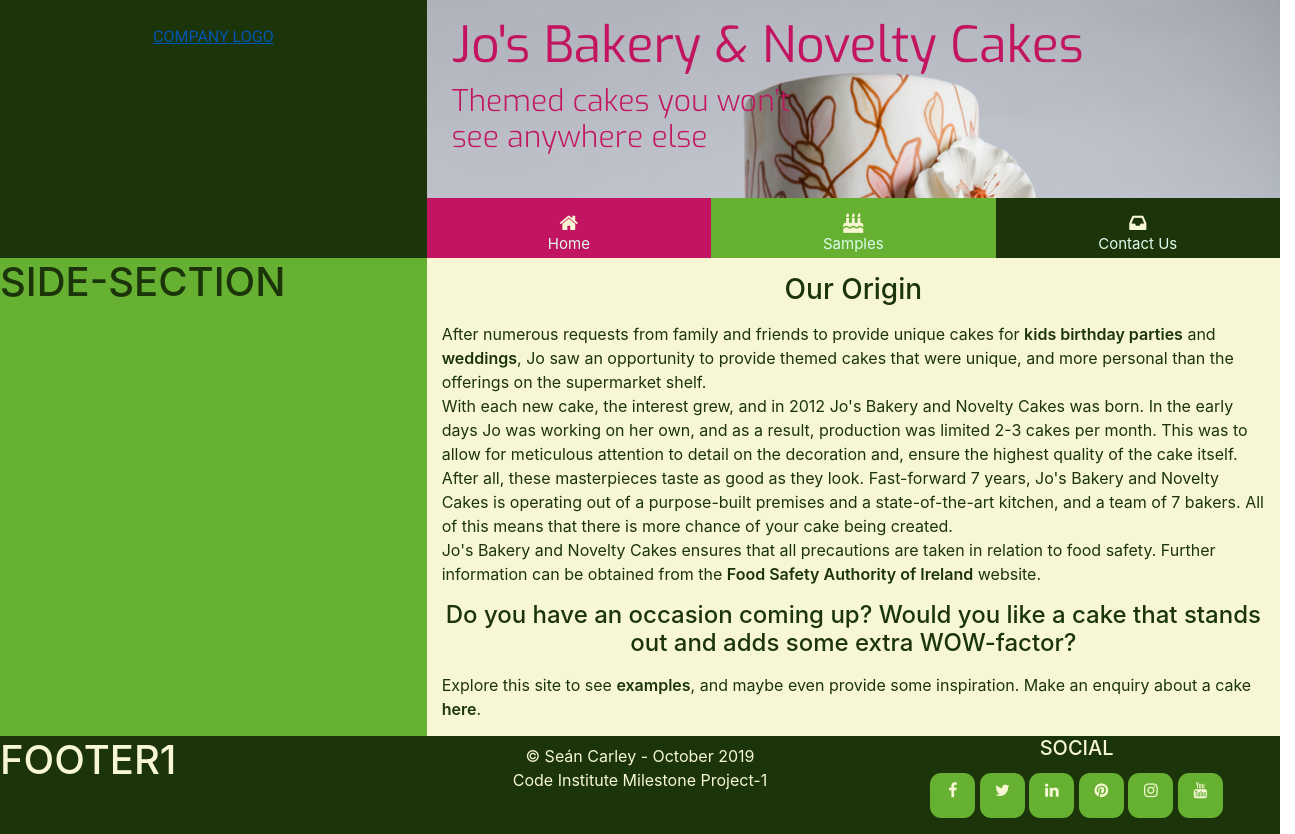
Repository: seanjcarley/Milestone1
Page: index.html
The author's editor kept a record of every edit. The page is drawn from the files as they stood at one moment, then again after the next edit.
The browser window is 1280 px wide. The page is 1295 px wide, so the pictures cover 1295 px, including what lies to the right of the window. The pictures show the whole page.

Above is the page before.

### index.html
<!DOCTYPE html>
<html lang="en">

<head>
    <meta charset="UTF-8">
    <meta name="viewport" content="width=device-width, initial-scale=1.0">
    <meta http-equiv="X-UA-Compatible" content="ie=edge">
    <link rel="stylesheet" href="https://stackpath.bootstrapcdn.com/bootstrap/4.3.1/css/bootstrap.min.css" type="text/css" />
    <link rel="stylesheet" href="https://stackpath.bootstrapcdn.com/font-awesome/4.7.0/css/font-awesome.min.css" type="text/css">
    <link rel="stylesheet" href="https://cdnjs.cloudflare.com/ajax/libs/hover.css/2.3.1/css/hover-min.css" type="text/css">
    <link rel="stylesheet" href="css/style.css">
    <title>Jo's Bakery and Novelty Cakes</title>
</head>

<body>
    <header>
        <div class="row no-gutters">
            <a href="#" class="col-md-4 logo">COMPANY LOGO</a>
            <div class="col-md-8 cake-image">
                <div class="row no-gutters">
                    <div class="col page-header">
                        <h1 class="name caps">Jo's Bakery & Novelty Cakes</h1>
                        <h2 class="tag-line caps">Themed cakes you won’t<br/>see anywhere else</h2>
                    </div>
                </div>
                <div class="row no-gutters">
                    <div class="col">
                        <ul id="nav" class="list-inline menucontainer">
                            <li class="col col-sm-4 menu-item-color-home list-inline-item menuitem">
                                <a href="index.html"><i class="fa fa-home" aria-hidden="true"></i><span>Home</span></a>
                            </li>
                            <li class="col col-sm-4 menu-item-color-samples list-inline-item menuitem">
                                <a href="#"><i class="fa fa-birthday-cake" aria-hidden="true"></i><span>Samples</span></a>
                            </li>
                            <li class="col col-sm-4 menu-item-color-contact list-inline-item menuitem">
                                <a href="#"><i class="fa fa-inbox" aria-hidden="true"></i><span>Contact Us</span></a>
                            </li>
                        </ul>
                    </div>
                </div>
            </div>
        </div>
    </header>
    <section class="section-color">
        <div class="row no-gutters">
            <div class="col-md-4 side-section desktop">
                <h1>SIDE-SECTION</h1>
            </div>
            <div class="col-md-8 main-section">
                <!--<h1>MAIN-SECTION</h1>-->
                <h3 class="origin">Our Origin</h3>
                <p class="section-txt">
                    After numerous requests from family and friends to provide unique cakes for <a href="#"><span class="bold">kids birthday parties</span></a> and <a href="#"><span class="bold">weddings</span></a>, Jo saw an opportunity to provide themed cakes that were unique, and more personal than
                    the offerings on the supermarket shelf.
                    <br/>
                    With each new cake, the interest grew, and in 2012 Jo's Bakery and Novelty Cakes was born. In the early days Jo was working on her own, and as a result, production was limited 2-3 cakes per month.
                    This was to allow for meticulous attention to detail on the decoration and, ensure the highest quality of the cake itself. After all, these masterpieces taste as good as they look. Fast-forward 7 years, Jo's Bakery and Novelty Cakes is
                    operating out of a purpose-built premises and a state-of-the-art kitchen, and a team of 7 bakers. All of this means that there is more chance of your cake being created.
                    <br/>
                    Jo's Bakery and Novelty Cakes ensures that all precautions are taken in relation to food safety. Further information can be obtained from the <a href="https://www.fsai.ie/" target="_blank"><span class="bold">Food Safety Authority of Ireland</span></a> website.
                </p>
                <h4 class="question">Do you have an occasion coming up? Would you like a cake that stands out and adds some extra WOW-factor?</h4>
                <p class="section-txt">
                    Explore this site to see <a href="#"><span class="bold">examples</span></a>, and maybe even provide some inspiration. Make an enquiry about a cake <a href="#"><span class="bold">here</span></a>.
                </p>
            </div>
            <!--<div class="col-md-3 side-section desktop">
                <h1>SIDE-SECTION</h1>
            </div>-->
        </div>
    </section>
    <footer class="footer-color">
        <div class="row">
            <div class="col-md-4">
                <h1>FOOTER1</h1>
            </div>
            <div class="col-md-4 copyrite">
                <!--<h1>FOOTER2</h1>-->
                &copy; Seán Carley - October 2019
                <br/>
                Code Institute Milestone Project-1
            </div>
            <div class="col-md-4 social">
                <!--<h1>FOOTER3</h1>-->
                <h5 class="uppercase">Social</h5>
                <ul class="list-inline social-icons">
                    <li class="list-inline-item">
                        <a target="_blank" href="#">
                            <i class="fa fa-facebook" aria-hidden="true"></i>
                            <span class="sr-only">Facebook</span> <!-- This will be read by a screen reader. It does not show on the page -->
                        </a>
                    </li>
                    <li class="list-inline-item">
                        <a target="_blank" href="#">
                            <i class="fa fa-twitter" aria-hidden="true"></i>
                            <span class="sr-only">Twitter</span>
                        </a>
                    </li>
                    <li class="list-inline-item">
                        <a target="_blank" href="#">
                            <i class="fa fa-linkedin" aria-hidden="true"></i>
                            <span class="sr-only">LinkedIn</span>
                        </a>
                    </li>
                    <li class="list-inline-item">
                        <a target="_blank" href="#">
                            <i class="fa fa-pinterest" aria-hidden="true"></i>
                            <span class="sr-only">Pinterest</span>
                        </a>
                    </li>
                    <li class="list-inline-item">
                        <a target="_blank" href="#">
                            <i class="fa fa-instagram" aria-hidden="true"></i>
                            <span class="sr-only">Instagram</span>
                        </a>
                    </li>
                    <li class="list-inline-item">
                        <a target="_blank" href="#">
                            <i class="fa fa-youtube" aria-hidden="true"></i>
                            <span class="sr-only">YouTube</span>
                        </a>
                    </li>
                </ul>
            </div>
            </div>
        </div>
    </footer>
</body>

</html>

### css/style.css
@import url('https://fonts.googleapis.com/css?family=Roboto:100,200,300,400,500,600,700|Exo:100,200,300,400,500,600,700');

/*----------------------------------------------------------------------------*/
/* Colours */
/*----------------------------------------------------------------------------*/

.menu-item-color-home {
    background-color: #C21460;
    color: #F7F7D4;
}

.menu-item-color-samples {
    background-color: #66B032;
    color: #F7F7D4;
}

.menu-item-color-contact {
    background-color: #1B3409;
    color: #F7F7D4;
}

.section-color {
    background-color: #F7F7D4;
    color: #1B3409;
}

.side-section {
    background-color: #66B032;
}

.footer-color {
    background-color: #1B3409;
    color: #F7F7D4;
}

/*----------------------------------------------------------------------------*/
/* Body */
/*----------------------------------------------------------------------------*/

body {
    margin: 0;
    min-height: 100%;
}

/*----------------------------------------------------------------------------*/
/* Header */
/*----------------------------------------------------------------------------*/

header {
    margin: 20;
    background-color: #fefe33;
}

.cake-image {
    background: url("../images/980x1123Slider_0004_Slider_2_Left.jpg");
    background-size: cover;
}

.page-header {
    margin-top: 15px;
    margin-bottom: 35px;
}

.name {
    font-family: "Exo", sans-serif;
    font-weight: 400;
    font-size: 50px;
    margin-left: 25px;
    color: #C21460;
}

.tag-line {
    font-family: "Exo", sans-serif;
    font-weight: 300;
    font-size: 30px;
    margin-left: 25px;
    color: #C21460;
    /*color: #66B032;*/
}

.logo {
    background: url("#");
    background-position: center;
    background-repeat: no-repeat;
    background-size: cover;
    background-color: #1B3409;
    font-family: "Roboto", sans-serif;
    text-align: center;
    padding-top: 25px;
    min-height: 240px;
}

.list-inline-item:not(:last-child) {
    margin-right: 0;
}

.menucontainer {
    font-size: 0;
}

#nav li {
    font-size: 14px;
    padding: 0;
}

#nav {
    margin: 0;
}

.menuitem {
    height: 60px;
    text-align: center;
    padding: 0;
}

.menuitem a {
    width: 100%;
    text-decoration: none;
    color: #defdef;
    height: 100%;
}

.menuitem a i {
    padding-top: 15px;
    display: block;
    color: #F7F7D4;;
    font-size: 20px;
}

.menuitem span {
    display: block;
    font-size: 15px;
}


/*----------------------------------------------------------------------------*/
/* Section */
/*----------------------------------------------------------------------------*/

section {
    margin: 0;
}

.main-section {
    padding-left: 15px;
}

.origin {
    text-align: center;
    padding-top: 15px;
}

.section-txt {
    margin: 15px;
}
.section-txt a {
    text-decoration: none;
    color: #1B3409;

}

.section-txt a:hover {
    color: #C21460;
}

.question {
    text-align: center;
}

/*----------------------------------------------------------------------------*/
/* Footer */
/*----------------------------------------------------------------------------*/

footer {
    margin: 0;
}

.copyrite {
    text-align: center;
    margin-top: 7.5px;
    margin-bottom: 7.5px;

}

.social {
    text-align: center;
}

.social-icons li a i {
    width: 45px;
    height: 45px;
    margin-top: 5px;
    border-radius: 25%;
    transition: all 0.35s ease-in-out;
    background-color: #66B032;
    color: #F7F7D4;
    text-align: center;
    line-height: 35px;
    -moz-transition: all 0.35s ease-in-out;
    -webkit-transition: all 0.35s ease-in-out;
    -o-transition: all 0.35s ease-in-out;
}

.social-icons li a i:hover {
    background-color: #C21460;
    color: #66B032;
}

.bold {
    font-weight: 600;
}

.uppercase {
    text-transform: uppercase;
}

/*----------------------------------------------------------------------------*/
/* Media Queries */
/*----------------------------------------------------------------------------*/

@media (max-width:767px) {
    .logo {
        display: none;
    }

    .page-header {
    margin-top: 15px;
    margin-bottom: 10px;
    color: #F7F7D4;
    }

    .desktop {
        display: none;
    }
}

After the next edit:
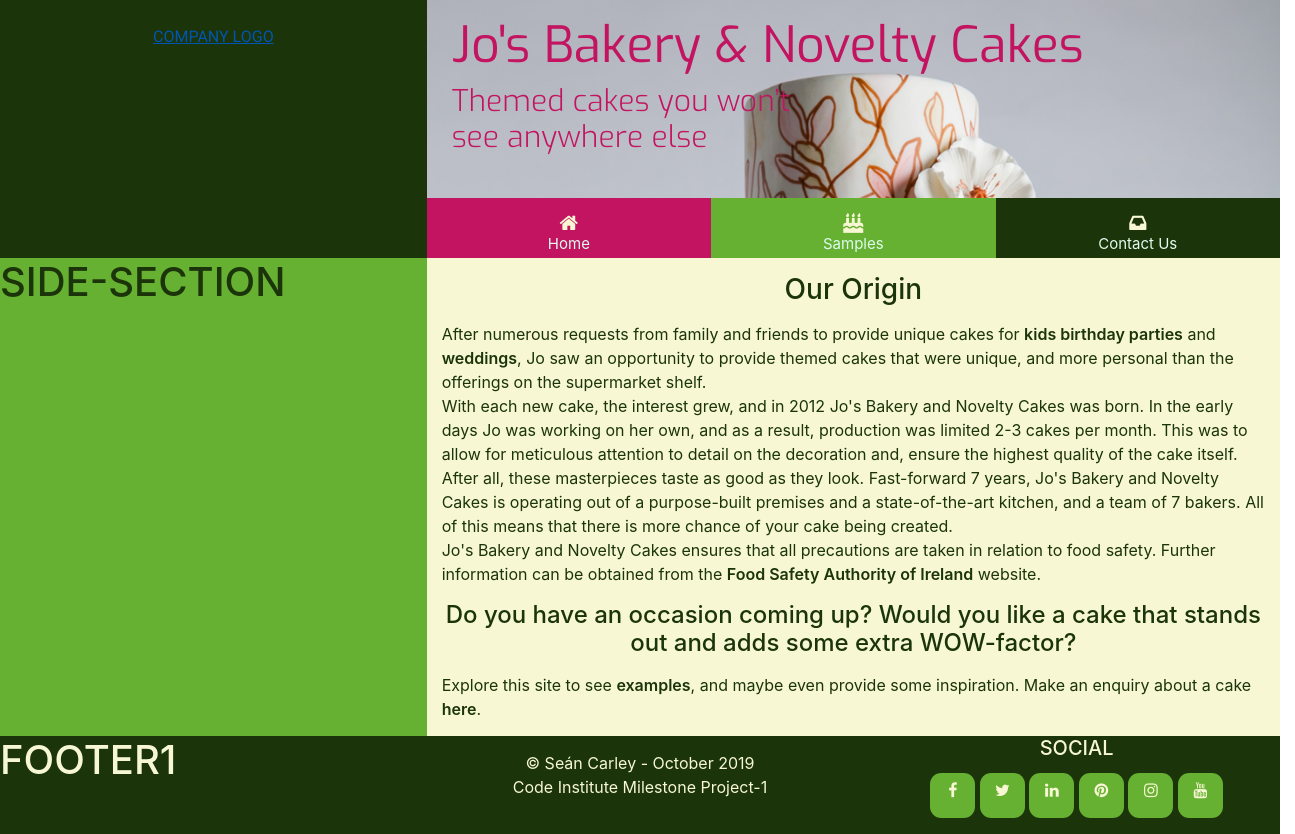
The edit:
--- a/css/style.css
+++ b/css/style.css
@@ -177,9 +177,7 @@
 
 .copyrite {
     text-align: center;
-    margin-top: 7.5px;
-    margin-bottom: 7.5px;
-
+    margin-top: 15px;
 }
 
 .social {
